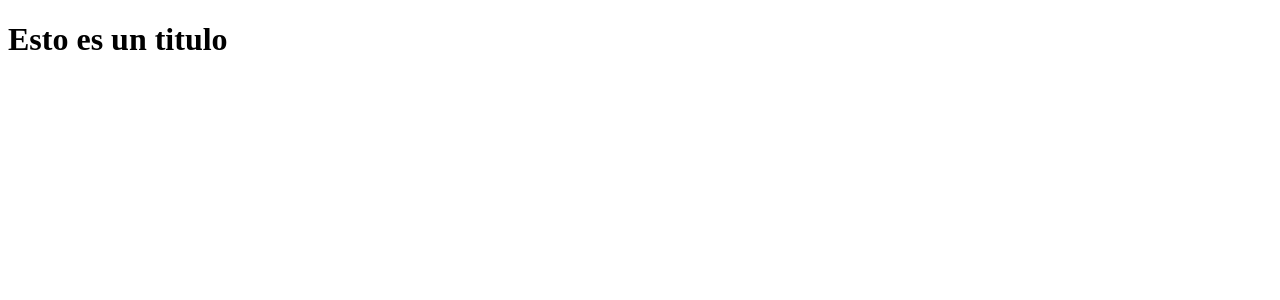
Repository: keanzato/Workspace
Page: login-web-app/src/main/webapp/index.html
These files come from the project's save history. The page is drawn as it stood at one moment and after the next save; the edit follows.
The browser window is 1280 px wide. The pictures show the whole page.

Above is the page before, as saved 2016-06-20 16:13:41.

After the next save:
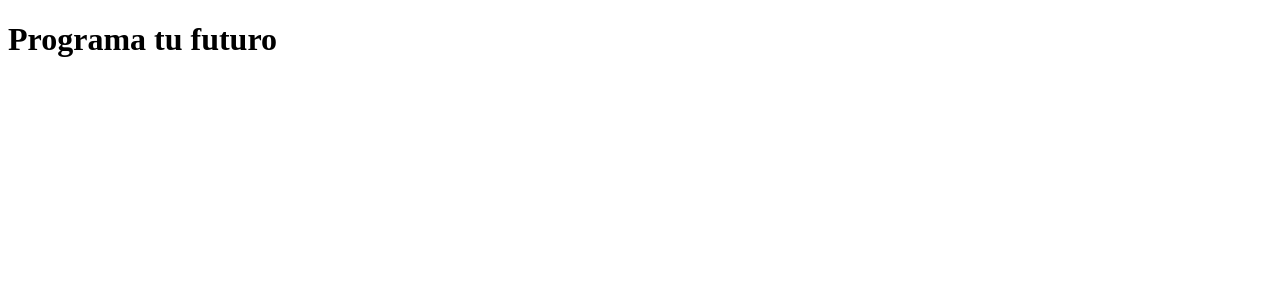
Saved 39 s later.
--- a/login-web-app/src/main/webapp/index.html
+++ b/login-web-app/src/main/webapp/index.html
@@ -7,7 +7,7 @@
 
 	<body>
 
-		<h1>Esto es un titulo</h1>
+		<h1>Programa tu futuro</h1>
 
 	</body>
 </html>
